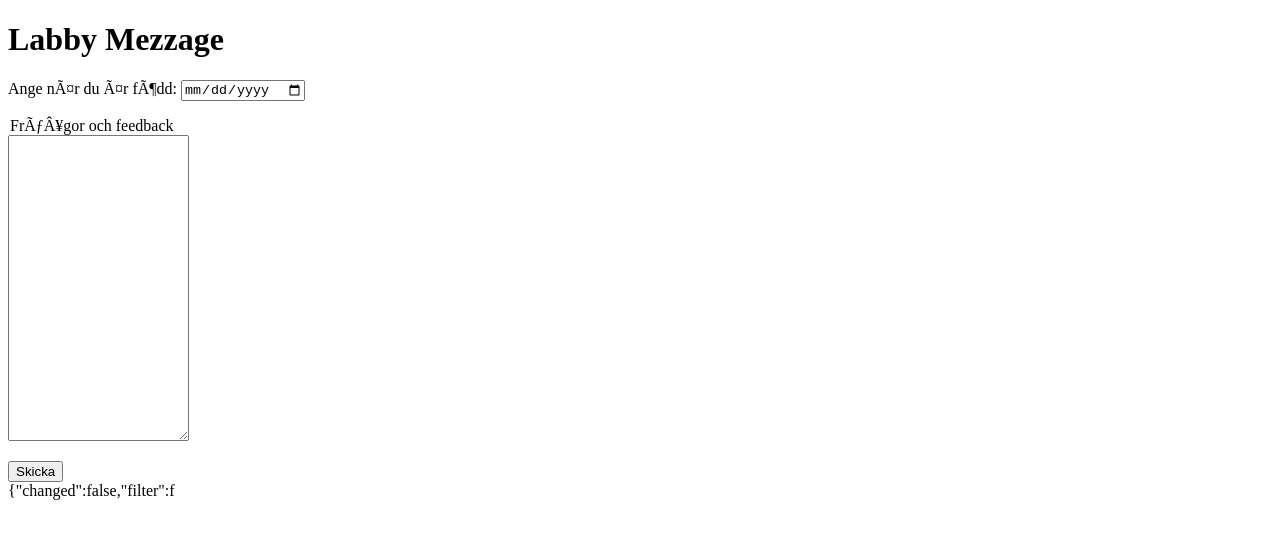
Repository: em222mt/1dv403-laborationer
Page: 2-labbymezzage/Index.html
The author's editor kept a record of every edit. The page is drawn from the files as they stood at one moment, then again after the next edit.
The browser window is 1280 px wide. The pictures show the whole page.

Above is the page before.

### 2-labbymezzage/Index.html
<!DOCTYPE html>
<html lang="sv">
<head>
	<meta charset="iso-8859-1" />
 	<title>Labby Mezzage</title>

</head>
    <body>
        <h1>Labby Mezzage</h1>
 		<form>
 			Ange när du är född:
 			<input type="date" id="string" />
 			<p id="value"></p>
		</form>
		<form>
            <legend class="formframe">FrÃ¥gor och feedback</legend>
            <textarea class="formunit" id="formtext" for="textarea" cols="20" rows="20"></textarea>
            <p id="value"></p>
            <input id="send" type="submit" value="Skicka" />
        </form>

    	  <script src="Message.js"></script>
    	  <script src="MessageBoard.js"></script>

    </body>
</html>{"changed":false,"filter":f

Loaded but not shown: 2-labbymezzage/js/Message.js (no copy from this time; the picture is the same without it); 2-labbymezzage/js/MessageBoard.js (no copy from this time; the picture is the same without it)

After the next edit:
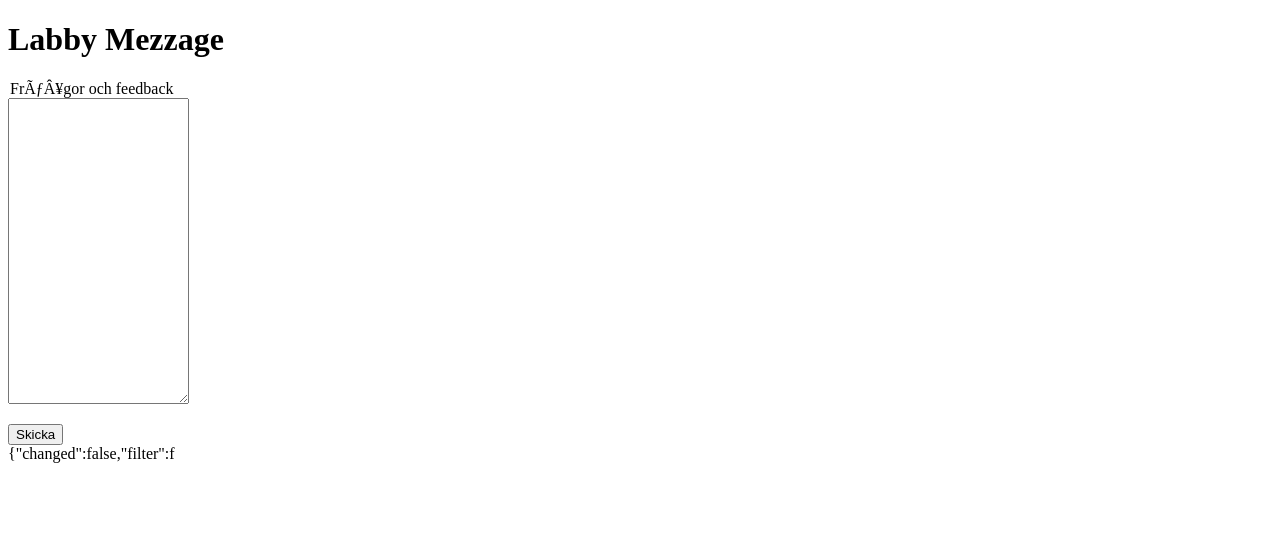
The edit:
--- a/2-labbymezzage/Index.html
+++ b/2-labbymezzage/Index.html
@@ -7,11 +7,7 @@
 </head>
     <body>
         <h1>Labby Mezzage</h1>
- 		<form>
- 			Ange när du är född:
- 			<input type="date" id="string" />
- 			<p id="value"></p>
-		</form>
+
 		<form>
             <legend class="formframe">FrÃ¥gor och feedback</legend>
             <textarea class="formunit" id="formtext" for="textarea" cols="20" rows="20"></textarea>
